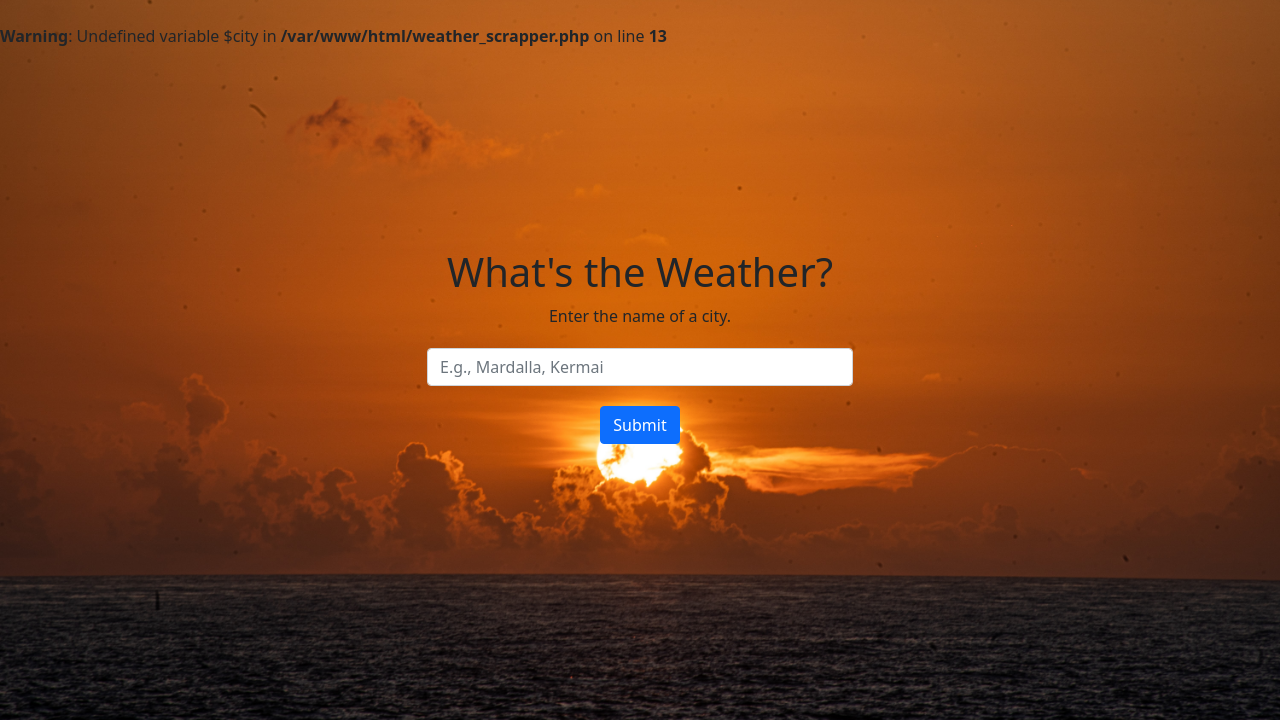
Repository: Ashwin1510/php_projectgh
Page: http://localhost/weather_scrapper.php
The author's editor kept a copy of each file at every save. The page is drawn from the files as they stood at one save, then again after the next save.
The browser window is 1280 px wide. The pictures show the whole page.
The page is run by PHP 8.4 with error messages shown; the project is at /var/www/html/.

Above is the page before, as saved 2022-12-16 10:48:24.

After the next save:
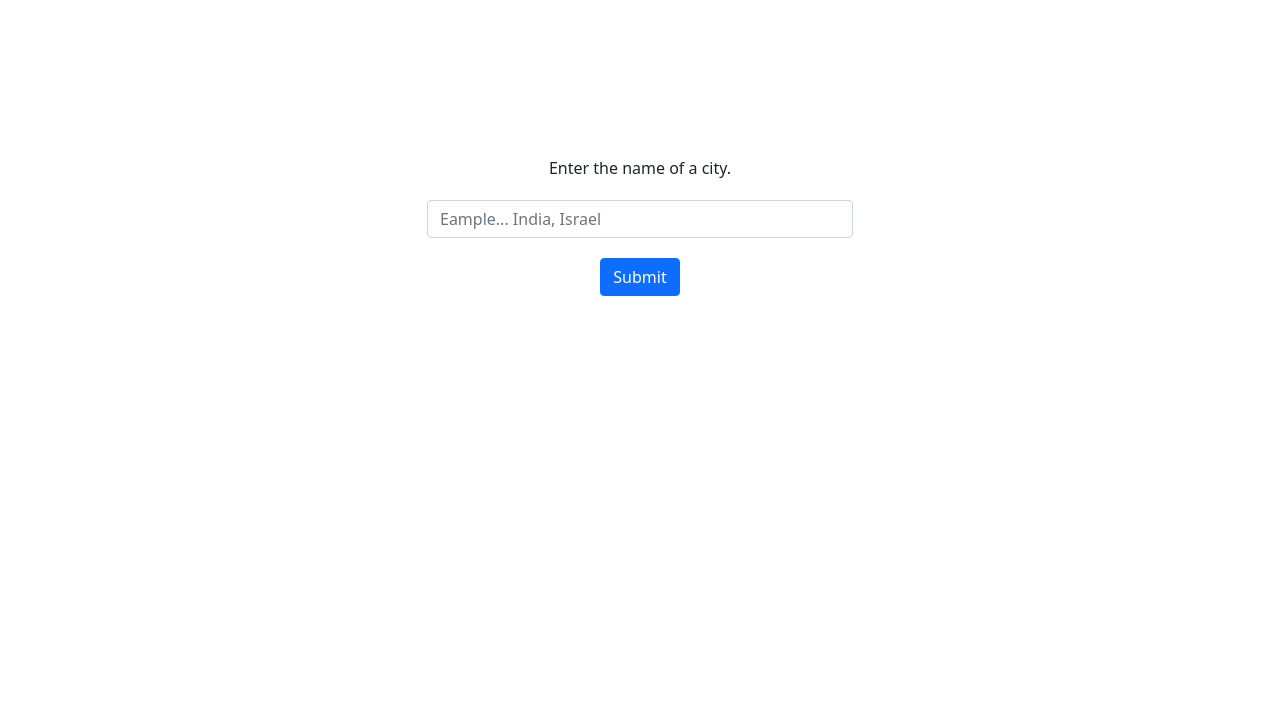
Not found: bgforweather.jpg
Saved 54 s later.
--- a/weather_scrapper.php
+++ b/weather_scrapper.php
@@ -1,81 +1,97 @@
 <?php
-$weather = "";
-$error = "";
+    $weather = "";
+    $error = "";
 
-if (array_key_exists('city', $_GET)) {
-    $city = str_replace(' ', '', $_GET['city']);
-    $file_headers = @get_headers("https://www.weather-forecast.com/locations/" .
-        $city . "/forecasts/latest");
-    if ($file_headers[0] == "HTTP/1.1 404 Not Found") {
-        $error =  "The $city could not be found.";
+    if(array_key_exists('city', $_GET)) {
+        $city = str_replace(' ', '', $_GET['city']);
+        $file_headers = @get_headers("https://www.weather-forecast.com/locations/" .
+                        $city . "/forecasts/latest");
+
+        if($file_headers[0] == "HTTP/1.1 404 Not Found") {
+            $error = "The $city  city could not be found.";
+        }
     }
-} else {
-    $error = "The $city could not be found.";
-} //end of array key exists test
+    ?>
 
-?>
 
 <!DOCTYPE html>
 <html lang="en">
-
 <head>
     <meta charset="UTF-8">
     <meta http-equiv="X-UA-Compatible" content="IE=edge">
     <meta name="viewport" content="width=device-width, initial-scale=1.0">
+    <title>Weather Scraper</title>
 
-    <title>weather_scrapper</title>
+        <link href="https://cdn.jsdelivr.net/npm/bootstrap@5.1.3/dist/css/bootstrap.min.css"
+              rel="stylesheet"
+              integrity="sha384-1BmE4kWBq78iYhFldvKuhfTAU6auU8tT94WrHftjDbrCEXSU1oBoqyl2QvZ6jIW3"
+              crossorigin="anonymous">
 
-    <link href="https://cdn.jsdelivr.net/npm/bootstrap@5.1.3/dist/css/bootstrap.min.css" rel="stylesheet" integrity="sha384-1BmE4kWBq78iYhFldvKuhfTAU6auU8tT94WrHftjDbrCEXSU1oBoqyl2QvZ6jIW3" crossorigin="anonymous">
+               <!-- CSS -->
+        <style type="text/css">
+            html {
+                background: url('bgforweather.jpg') no-repeat center center fixed;
+                background-size: cover;
+            }
+
+            body {
+                background: none;
+            }
+
+            .container {
+                text-align: center;
+                margin-top: 100px;
+                width: 450px;
+            }
+
+            input {
+                margin: 20px 0;
+            }
+
+            #weather {
+                margin-top: 15px;
+            }
+            #h{
+               color: white;
+            }
 
 
-    <!-- CSS -->
-    <style type="text/css">
-        html {
-            background: url('bk.jpg') no-repeat center center fixed;
-            background-size: cover;
-        }
+        </style>
+</head>
+<body>
+<div class="container">
 
-        body {
-            background: none;
-        }
-
-        .container {
-            text-align: center;
-            margin-top: 200px;
-            width: 450px;
-        }
-
-        input {
-            margin: 20px 0;
-        }
-
-        #weather {
-            margin-top: 15px;
-        }
-    </style>
-
-</head>
-
-<body>
-
-    <div class="container">
-        <h1>What's the Weather?</h1>
-        <form>
-            <fieldset class="form-group">
-                <label for="city">Enter the name of a city.</label>
-                <input type="text" class="form-control" name="city" id="city" placeholder="E.g., Mardalla, Kermai">
-
-            </fieldset>
-            <button type="submit" class="btn btn-primary">Submit</button>
+<h1 id="h"> What's the Weather?</h1>
+<form>
+<fieldset class="form-group">
+                    <label for="city">Enter the name of a city.</label>
+                    <input type="text"
+                           class="form-control"
+                           name="city"
+                           id="city"
+                           placeholder="Eample... India, Israel"
+                           value = "<?php
+                                if(array_key_exists('city', $_GET)) {
+                                    echo $_GET['city'];
+                                }
+                           ?>">
+                </fieldset>
+                <button type="submit"  class="btn btn-primary">Submit</button>
+</form>
 
 
-            <div id="weather">
+<div id="weather">
 
             </div>
-    </div><!-- end of class='container' div -->
-    <script src="https://code.jquery.com/jquery-3.6.0.min.js"></script>
-    <script src="https://cdn.jsdelivr.net/npm/bootstrap@5.1.3/dist/js/bootstrap.bundle.min.js" integrity="sha384-ka7Sk0Gln4gmtz2MlQnikT1wXgYsOg+OMhuP+IlRH9sENBO0LRn5q+8nbTov4+1p" crossorigin="anonymous"></script>
+
+</div><!-- end of class='container' div -->
+
+
+
+<script src="https://code.jquery.com/jquery-3.6.0.min.js"></script>
+        <script src="https://cdn.jsdelivr.net/npm/bootstrap@5.1.3/dist/js/bootstrap.bundle.min.js"
+                integrity="sha384-ka7Sk0Gln4gmtz2MlQnikT1wXgYsOg+OMhuP+IlRH9sENBO0LRn5q+8nbTov4+1p"
+                crossorigin="anonymous"></script>
 
 </body>
-
 </html>
